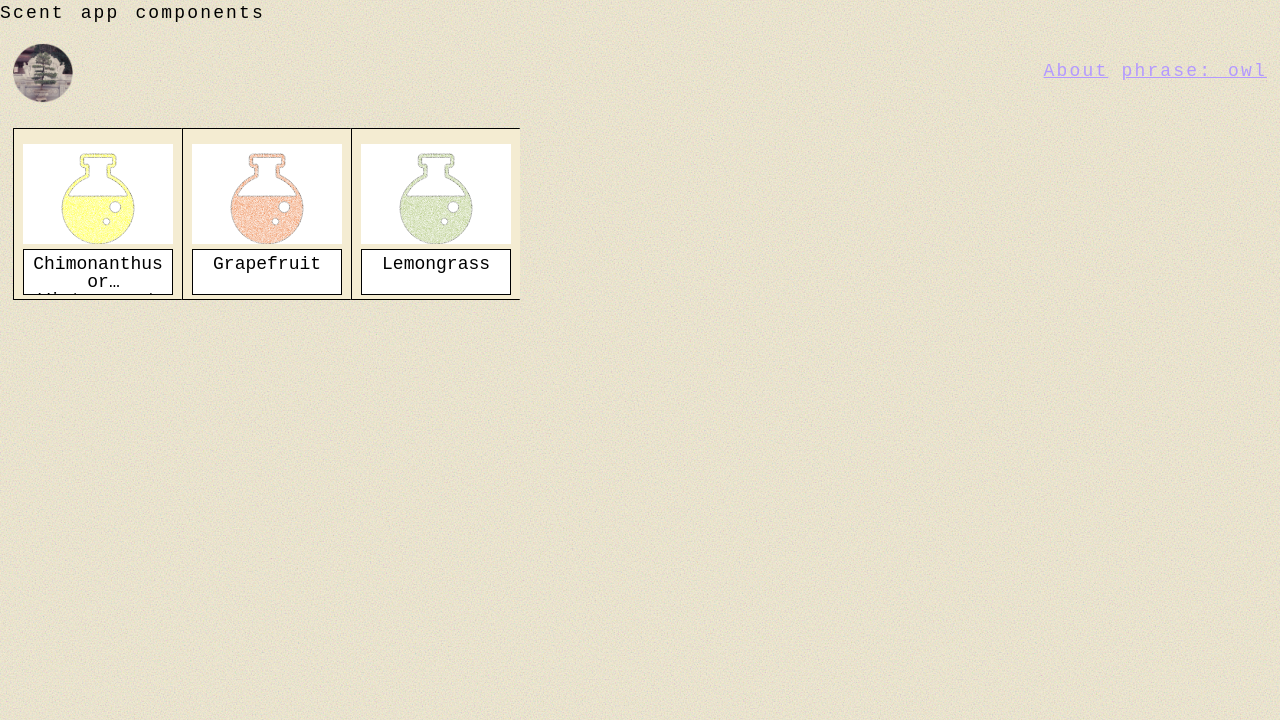
Repository: magiai/scent-app
Page: /
An editor plug-in stored every save of this project. The page is shown before and after the next save, followed by the edit.
The browser window is 1280 px wide. The pictures show the whole page.
The project was rebuilt for these pictures with package versions that can differ from the ones it lists, and the page was loaded fresh each time. The framework's server and built-in components were replaced by stand-ins that run in the browser.

Above is the page before, as saved 2022-11-30 13:00:01.

### pages/_app.tsx

import { Provider } from 'react-redux';
import type { AppProps } from 'next/app';
import { store } from '../app/store';
import '../styles/variables.css';
import '../styles/global.css';

function MyApp({ Component, pageProps
}: AppProps) {
    return (
        <Provider store={store}>
            <Component {...pageProps} />
        </Provider>
    )
}

export default MyApp

### pages/_document.js
import { Html, Head, Main, NextScript } from "next/document";

export default function Document() {
    return (
        <Html lang="en">
        <Head>
            <meta charset="utf-8" />
            <meta httpEquiv="X-UA-Compatible" content="IE=edge" />
            <meta name=" theme-color" content="#fff" />
            <meta name="viewport" content="width=device-width, initial-scale=1" />
            <meta name="robots" content="noindex, nofollow" />

            <title key="title">Scent app components</title>
            <link rel="icon" href="/favicon.ico"></link>
            <meta name="description" content="Application description"></meta>

            <noscript>Scent app components</noscript>
        </Head>
        <body>
            <svg
                className="svg__background"
                width='100%'
                height='100%'
                viewBox='0 0 100 100' xmlns='http://www.w3.org/2000/svg'>
                <filter id='noiseFilter' x="-75%" y="-100%" width="250%" height="300%">
                    <feTurbulence
                                type='fractalNoise'
                                baseFrequency='5'
                                numOctaves='10'
                                seed="10"
                                stitchTiles='stitch'/>
                </filter>

                <rect width='100%' height='100%' filter='url(#noiseFilter)'/>
            </svg>
            <Main />
            <NextScript />
        </body>
    </Html>
    )
}

### pages/index.tsx
import Head from 'next/head';
import Layout from '../components/Layout';
import { Scent } from '../components/scent/Scent';

export default function Home() {
  return (
    <Layout>
      <Head>
        <title key="title">Home</title>
      </Head>

      <main>
        <Scent liquidColor="yellow"
            label = "Chimonanthus or Wintersweet" />
        <Scent liquidColor="#e9702c"
                label = "Grapefruit" />
        <Scent liquidColor="#9db95d"
                label = "Lemongrass" />
      </main>

    </Layout>
  )
}

### app/store.ts
import searchEngineReducer from '../components/search/searchSlice';

import {
    Action,
    configureStore,
    ThunkAction,
  } from '@reduxjs/toolkit';

  export const store = configureStore({
    reducer: {
        searchEngine: searchEngineReducer,
    },
  });

  export type AppDispatch = typeof store.dispatch;
  export type RootState = ReturnType<typeof store.getState>;
  export type AppThunk<ReturnType = void> = ThunkAction<
     ReturnType,
     RootState,
     unknown,
     Action<string>
   >;

### styles/variables.css
:root {
    --font-family--base: 'Courier New', Courier, monospace;;
    --color--white: white;
    --color--black: black;
    --color--transparent: rgba(0, 0, 0, 0);

    --hue--base: 255;
    --saturation--base: 100%;
    --lightness--base: 80%;
    --opacity--base: 1;
    --color--lighten: 5%;
    --color--darken: 10%;
    --color--primary: hsla(var(--hue--base), var(--saturation--base), var(--lightness--base), var(--opacity--base));
    --color--primary--active: hsla(var(--hue--base),
                                    var(--saturation--base),
                                    calc(var(--lightness--base) + var(--color--lighten)),
                                    var(--opacity--base));

    --hue--secondary: 46;
    --saturation--secondary: 61%;
    --lightness--secondary: 89%;
    --color--secondary: hsla(var(--hue--secondary), var(--saturation--secondary), var(--lightness--secondary), var(--opacity--base));
    --color--secondary--active: hsla(var(--hue--secondary),
                                var(--saturation--secondary),
                                calc(var(--lightness--secondary) + var(--color--lighten)),
                                var(--opacity--base));

    --hue--error: 360;
    --hue--success: 130;
    --hue--information: 230;
    --color--disabled: hsla(var(--hue--information), 0, calc(var(--lightness--base) - var(--color--darken)), var(--opacity--base));
    --color--information: hsla(var(--hue--information), var(--saturation--base), var(--lightness--base), var(--opacity--base));
    --color--success: hsla(var(--hue--success), var(--saturation--base), var(--lightness--base), var(--opacity--base));
    --color--error: hsla(var(--hue--error), var(--saturation--base), var(--lightness--base), var(--opacity--base));

    --background-color: var(--color--secondary);

    --spacing__ratio: 1.414;
    --spacing__ratio--desktop: 1.618;
    --space--base: 0.5rem;
    --space--xs: var(--space--base);
    --space--s: calc(var(--space--xs) * var(--spacing__ratio));
    --space--m: calc(var(--space--s) * var(--spacing__ratio));
    --space--l: calc(var(--space--m) * var(--spacing__ratio));
    --space--xl: calc(var(--space--l) * var(--spacing__ratio));

    --font-size__ratio: 1.20;
    --font-size__ratio--desktop: 1.333;
    --font-size--base: 1.8rem;
    --font-size--h4: calc(var(--font-size--base) * var(--font-size__ratio));
    --font-size--h3: calc(var(--font-size--h4) * var(--font-size__ratio));
    --font-size--h2: calc(var(--font-size--h3) * var(--font-size__ratio));
    --font-size--h1: calc(var(--font-size--h2) * var(--font-size__ratio));

    --input__height: 4rem;
    --input__border__width: 0.1rem;
    --input__border__style: solid;
    --input__border__color: var(--color--primary);
    --input__border: var(--input__border__width) var(--input__border__style) var(--input__border__color);
    --form-control__color: var(--color--secondary);
    --select__height: 3.4rem;
    --select--focus__color: var(--color--primary);
    --select__arrow__color: var(--input__border__color);

    --svg__button__width: 15rem;
    --svg__button__height: 10rem;
    --button__border__width: 0.1rem;
    --button--svg__label__height: 4.6rem;
}

@media only screen and (min-width: 768px) {
    :root {
        --font-size__ratio: var(--font-size__ratio--desktop);
        --spacing__ratio: var(--spacing__ratio--desktop);
    }
}

### styles/global.css
html {
    font-size: 62.5%;
}

*,
*:before,
*:after {
    box-sizing: border-box;
}

body {
    font-family: var(--font-family--base);
    font-size: var(--font-size--base);
    line-height: 1.5;
	letter-spacing: 0.12em;
	word-spacing: 0.16em;
    color: var(--color--black);
    background-color: var(--background-color);
    margin: 0;
    position: relative;
    min-height: 100vh;
}

@media (prefers-reduced-motion: reduce) {
	*,
	*::before,
	*::after {
		animation-duration: 0.01ms !important;
		animation-iteration-count: 1 !important;
		transition-duration: 0.01ms !important;
		scroll-behavior: auto !important;
	}
}

.svg__background {
	position: absolute;
	top: 0;
	left: 0;
	opacity: 0.4;
    z-index: -1;
}

p,
li,
h1, h2, h3, h4, h5 {
  overflow-wrap: break-word;
  hyphens: auto;
  margin-bottom: 0.65em;
}

h1 {
    font-size: var(--font-size--h1);
}

h2 {
    font-size: var(--font-size--h2);
}

h3 {
    font-size: var(--font-size--h3);
}

h4 {
    font-size: var(--font-size--h4);
}

h5 {
    font-size: var(--font-size--h5);
}

a {
    color: var(--color--primary);
    padding-top: var(--space--s);
    padding-bottom: var(--space--s);
}

a:hover, a:active, a:focus {
    color: var(--color--primary--active);
}

button {
    font-size: max(var(--font-size--base), 1em);
    font-family: inherit;
    padding: 0.25em 0.5em;
    background-color: var(--color--secondary);
    border-radius: 0.1rem;
    border: var(--button__border);
    line-height: 1;
}

### components/Layout.tsx
import React from 'react';
import Footer from './Footer';
import Header from './Header';
import styles from './layout.module.css'

export default function Layout({
  children,
  home
}: {
  children: React.ReactNode
  home?: boolean
}) {
    return (
        <div className = {styles.container}>
            <Header/>
            {children}
            {/* <Footer/> */}
        </div>
    );
}

### components/scent/Scent.tsx
import React from 'react';
import styles from './styles/scent.module.css';
import { ScentImage } from './ScentImage';

interface ScentProps {
    liquidColor: string;
    label: string;
  /**
   * Optional click handler
   */
  onClick?: () => void;
}

export const Scent = ({
    liquidColor,
    label,
    ...props
}: ScentProps) => {
    //check with useContext
    // const mode: string = visibleBottle ? 'bottle--visible' : 'bottle--hidden';

    return (
    <>
        <button
            type="button"
            className={ styles['button--scent'] }
            {...props}>

            <ScentImage liquidColor = { liquidColor } />

            <span className={ styles['button--svg__label'] }>{ label }</span>
        </button>
    </>
    );
};

### components/search/searchSlice.ts
import {
    createSlice,
    PayloadAction,
  } from '@reduxjs/toolkit';
  import type { RootState } from '../../app/store';

  export type SearchEngineState = {
    value: string;
  };

  const initialState: SearchEngineState = {
    value: 'owl',
  };

  export const searchEngineSlice = createSlice({
    name: 'searchEngine',
    initialState,

    reducers: {

      setSearchedPhrase: (state, action: PayloadAction<string>) => {
        state.value = action.payload;
      },
    },
  });

  export const {
    setSearchedPhrase,
  } = searchEngineSlice.actions;

  export const selectSearch = (state: RootState) => state.searchEngine.value;

  export default searchEngineSlice.reducer;

### components/Header.tsx
import Link from 'next/link';
import Image from 'next/image';
import styles from './header.module.css';
import { useAppSelector } from '../app/hooks';
import { selectSearch } from './../components/search/searchSlice';

export default function Header() {
    const selectPhrase = useAppSelector(selectSearch);

    return (
        <header className = {styles.header}>
            <nav className = {styles.navigation}>
                <Link href="/">
                    <a>
                        <Image
                            src = "/images/logo.png"
                            height = {60}
                            width = {60}
                            alt = "Logo"
                        />
                    </a>
                </Link>
                <ul className = { styles.navigationList }>
                    <li>
                        <Link href="/about">
                            <a>About</a>
                        </Link>
                    </li>
                    <li>
                        <Link href="/about">
                            <a>phrase: {selectPhrase} </a>
                        </Link>
                    </li>
                </ul>
            </nav>
        </header>
    );
}

### components/layout.module.css
.container {
    padding-left: var(--space--m);
    padding-right: var(--space--m);
}

### components/scent/styles/scent.module.css
/* :root {
    --svg__button__width: 15rem;
    --svg__button__height: 10rem;
    --button__border__width: 0.1rem;
    --button--svg__label__height: 4.6rem;
} */


.svg--bottle,
.button--scent {
    border-top-width: var(--button__border__width);
    border-left-width: var(--button__border__width);
    border-bottom-width: var(--button__border__width);
    border-color: black;
    border-style: solid;
}

.button--scent {
    border-right-width: 0rem;
    color: black;
    transition-property: transform;
    transition-duration: 250ms;
    transition-timing-function: ease-out;
}

.button--scent:active,
.button--scent:focus,
.button--scent:hover {
    background-color: rgba(87, 69, 58, 0.7);
}

.button--svg__label {
    border: 1px solid black;
    height: var(--button--svg__label__height);
    width: var(--svg__button__width);
    margin-top: var(--space--xs);
    background-color: white;
    display: -webkit-box;
    -webkit-line-clamp: 2;
    -webkit-box-orient: vertical;
    overflow: hidden;
    padding-top: var(--space--xs);
    padding-bottom: calc(var(--space--xs) / 2);
    /* text-shadow: 0px 0px 0.2rem black, -0.05rem -0.05rem 0.02rem; */
    transition-property: height;
    transition-duration: 200ms;
    transition-timing-function: ease-in;
}

.button--scent:hover .button--svg__label {
    height: auto;
    min-height: var(--button--svg__label__height);
    overflow: visible;
    -webkit-line-clamp: 5;
}

### components/scent/ScentImage.tsx
import React from 'react';
import styles from './styles/scent__image.module.css';

interface ScentImageProps {
    liquidColor: string;
}

export const ScentImage = ({
    liquidColor
}: ScentImageProps) => {
    //check with useContext
    // const mode: string = visibleBottle ? 'bottle--visible' : 'bottle--hidden';

    return (
            <svg
                className={ styles['svg--bottle'] }
                xmlns="http://www.w3.org/2000/svg"
                version="1.1"
                x="0px"
                y="0px"
                viewBox="0 0 362.664 362.664">

                <filter id='noiseFilter' x="-10%" y="-10%" width="120%" height="120%">
                    <feTurbulence
                        type='fractalNoise'
                        baseFrequency='5'
                        numOctaves='10'
                        seed="10"
                        stitchTiles='stitch'
                    />
                </filter>

                <mask id="gradient-mask">
                    <rect width='100%' height='100%' filter='url(#noiseFilter)'/>
                </mask>

                <path id={ styles['bottle__path'] }
                    fill={ liquidColor }
                    d="M326.197,217.684c0-14.664-2.472-29.243-7.346-43.334l-1.63-4.711h-0.119c-4.807-12.383-11.477-24.266-19.923-35.369     c-16.07-21.126-37.974-38.302-62.301-48.985c-1.015-0.446-3.057-1.059-3.057-4.892l-0.392-25.177h6.549     c8.759,0,15.886-7.126,15.886-15.885V15.886C253.864,7.127,246.738,0,237.978,0H125.686c-8.759,0-15.885,7.127-15.885,15.886     v23.445c0,8.759,7.126,15.885,15.885,15.885h5.625L131.23,80.06c0,3.75-2.221,4.689-3.323,5.172     c-24.308,10.644-46.197,27.762-62.283,48.842c-8.515,11.159-15.232,23.107-20.067,35.564h-0.119l-1.629,4.712     c-4.872,14.089-7.342,28.668-7.342,43.333c0,0.018,0,0.036,0,0.053c0,0.021,0,0.042,0,0.063     c0,79.879,64.986,144.865,144.865,144.865s144.865-64.986,144.865-144.865c0-0.021,0-0.042,0-0.063     C326.197,217.72,326.197,217.702,326.197,217.684z M202.109,272.231c0-7.348,5.957-13.305,13.305-13.305     s13.305,5.957,13.305,13.305s-5.957,13.305-13.305,13.305S202.109,279.579,202.109,272.231z M228.718,213.922     c0-12.15,9.85-22,22-22s22,9.85,22,22s-9.85,22-22,22S228.718,226.072,228.718,213.922z M140.66,95.165     c0,0,4.543-2.022,4.543-7.522c0-9.792,0.127-27.917,0.127-39.166c0-7.5-6.831-7.261-6.831-7.261h-12.813     c-1.022,0-1.885-0.863-1.885-1.885V15.886c0-1.022,0.863-1.886,1.885-1.886h112.292c1.022,0,1.886,0.864,1.886,1.886v23.445     c0,1.022-0.864,1.885-1.886,1.885h-13.146c0,0-7.473,0.552-7.473,8.929c0,10.874,0.592,28.679,0.592,38.241     c0,5.757,4.469,6.934,4.469,6.934c32.593,12.269,59.116,36.124,74.668,64.853c1.679,3.102,4.577,9.466-4.089,9.466h-225.5     c-6.833,0-3.513-6.596-1.764-9.807C81.372,131.122,107.979,107.339,140.66,95.165z"
                    mask='url(#gradient-mask)'></path>
            </svg>
    );
};

### components/header.module.css
.header {
    padding-top: var(--space--s);
    padding-bottom: var(--space--s);
}

.navigation {
    width: 100%;
    display: flex;
    flex-direction: row;
    justify-content: space-between;
    align-items: center;
}

.navigationList {
    display: flex;
}

.navigationList li {
    list-style: none;
}

.navigationList li:not(:last-of-type) {
    margin-right: var(--space--m);
}

### app/hooks.ts
import {
    TypedUseSelectorHook,
    useDispatch,
    useSelector,
  } from 'react-redux';
  import type {
    AppDispatch,
    RootState,
  } from './store';

  export const useAppDispatch = () => useDispatch<AppDispatch>();
  export const useAppSelector: TypedUseSelectorHook<RootState> = useSelector;

### components/scent/styles/scent__image.module.css
svg.svg--bottle {
    display: flex;
    width: var(--svg__button__width);
    height: var(--svg__button__height);
    margin-top: 1rem;
    background-color: white;
    border-right-width: var(--button__border__width);
}

#bottle__path {
    stroke: black;
    stroke-width: 0.3rem;
    transform-origin: bottom center;
    transform: scale(0.9);
}

.button--scent:active #bottle__path,
.button--scent:focus #bottle__path,
.button--scent:hover #bottle__path {
    transform: rotateZ(20deg) translateX(0%) translateY(-3%) scale(0.9);
}

After the next save:
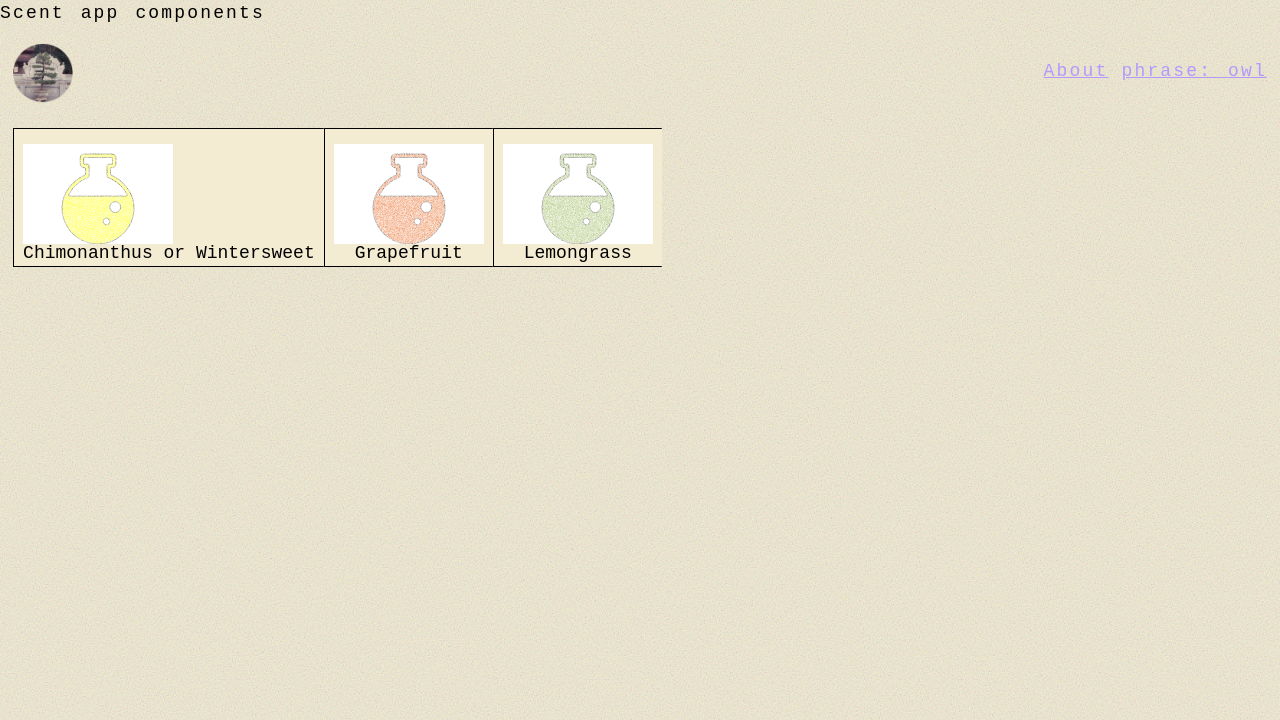
Saved 16 s later.
--- a/components/scent/styles/scent.module.css
+++ b/components/scent/styles/scent.module.css
@@ -1,11 +1,3 @@
-/* :root {
-    --svg__button__width: 15rem;
-    --svg__button__height: 10rem;
-    --button__border__width: 0.1rem;
-    --button--svg__label__height: 4.6rem;
-} */
-
-
 .svg--bottle,
 .button--scent {
     border-top-width: var(--button__border__width);
@@ -28,28 +20,3 @@
 .button--scent:hover {
     background-color: rgba(87, 69, 58, 0.7);
 }
-
-.button--svg__label {
-    border: 1px solid black;
-    height: var(--button--svg__label__height);
-    width: var(--svg__button__width);
-    margin-top: var(--space--xs);
-    background-color: white;
-    display: -webkit-box;
-    -webkit-line-clamp: 2;
-    -webkit-box-orient: vertical;
-    overflow: hidden;
-    padding-top: var(--space--xs);
-    padding-bottom: calc(var(--space--xs) / 2);
-    /* text-shadow: 0px 0px 0.2rem black, -0.05rem -0.05rem 0.02rem; */
-    transition-property: height;
-    transition-duration: 200ms;
-    transition-timing-function: ease-in;
-}
-
-.button--scent:hover .button--svg__label {
-    height: auto;
-    min-height: var(--button--svg__label__height);
-    overflow: visible;
-    -webkit-line-clamp: 5;
-}
